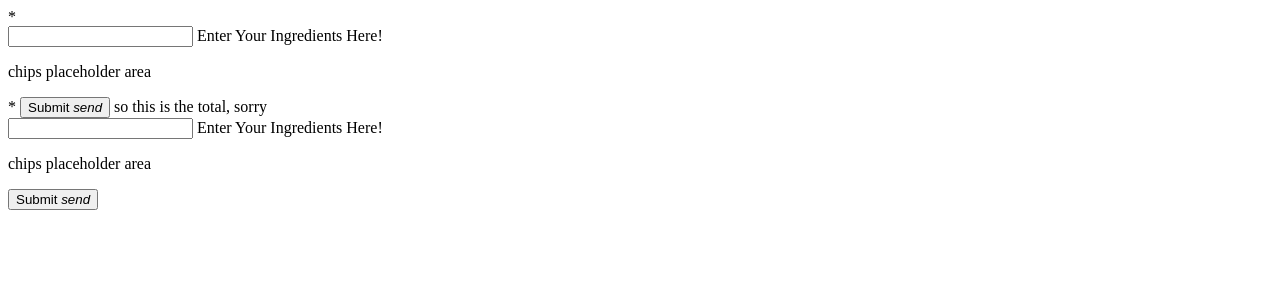
Repository: Aaron-R-Carter/Project1
Page: new.html
The author's editor kept a copy of each file at every save. The page is drawn from the files as they stood at one save, then again after the next save.
The browser window is 1280 px wide. The pictures show the whole page.

Above is the page before, as saved 2019-11-01 17:33:29.

After the next save:
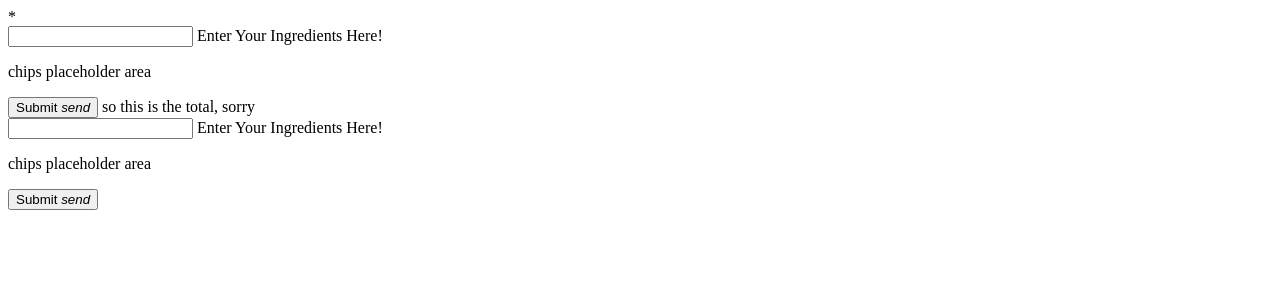
Saved 24 s later.
--- a/new.html
+++ b/new.html
@@ -22,7 +22,8 @@
                 <p>chips placeholder area</p>
             </div>
         </div>
-    </div>*
+    </div>
+
 <button class="btn waves-effect waves-light" type="submit" name="action">Submit
     <i class="material-icons right">send</i>
   </button>
